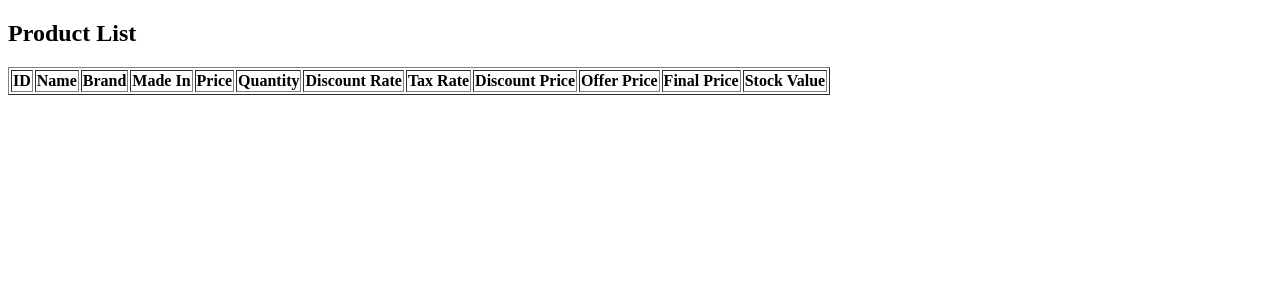
Repository: Nitheeshjakkapuram/Nitheesh-Spring-mvc-project
Page: http://localhost/product-list
The author's editor kept a copy of each file at every save. The page is drawn from the files as they stood at one save, then again after the next save.
The browser window is 1280 px wide. The pictures show the whole page.
The page is this project's Thymeleaf template; nobody is signed in. The template is opened directly, without the code that normally fills it, so the values that code supplies are empty.

Above is the page before, as saved 2024-12-21 10:08:07.

After the next save:
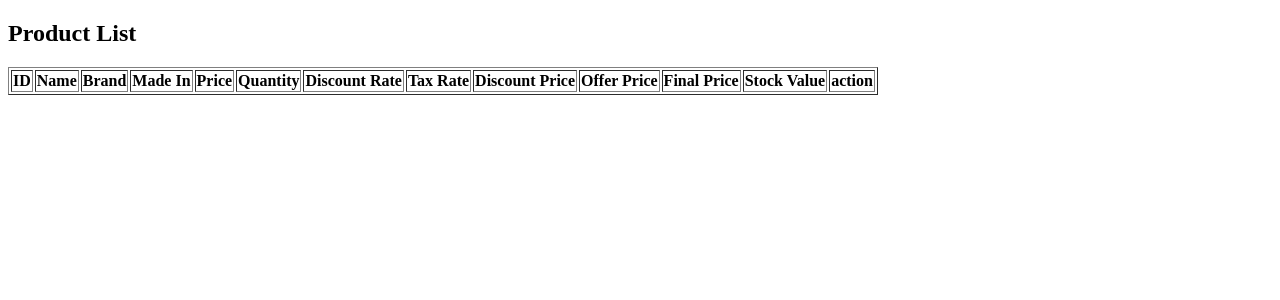
Saved 2 min 5 s later.
--- a/springboot/src/main/resources/templates/product-list.html
+++ b/springboot/src/main/resources/templates/product-list.html
@@ -22,6 +22,7 @@
                 <th>Offer Price</th>
                 <th>Final Price</th>
                 <th>Stock Value</th>
+                <th>action</th>
             </tr>
         </thead>
         <tbody>
